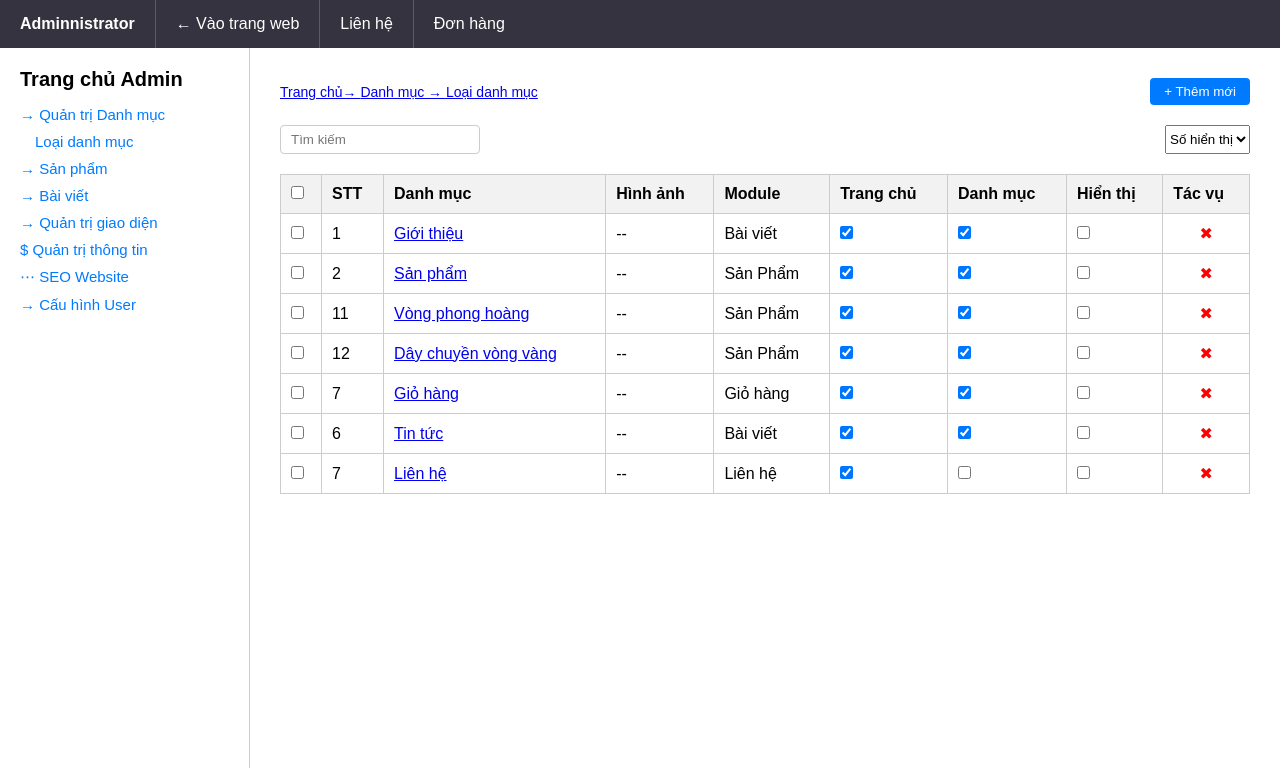
Repository: TranTanDat0606/Du-An-1
Page: Admin]/admin.html
These files come from the project's save history. The page is drawn as it stood at one moment and after the next save; the edit follows.
The browser window is 1280 px wide. The pictures show the whole page.

Above is the page before, as saved 2025-07-31 08:43:28.

After the next save:
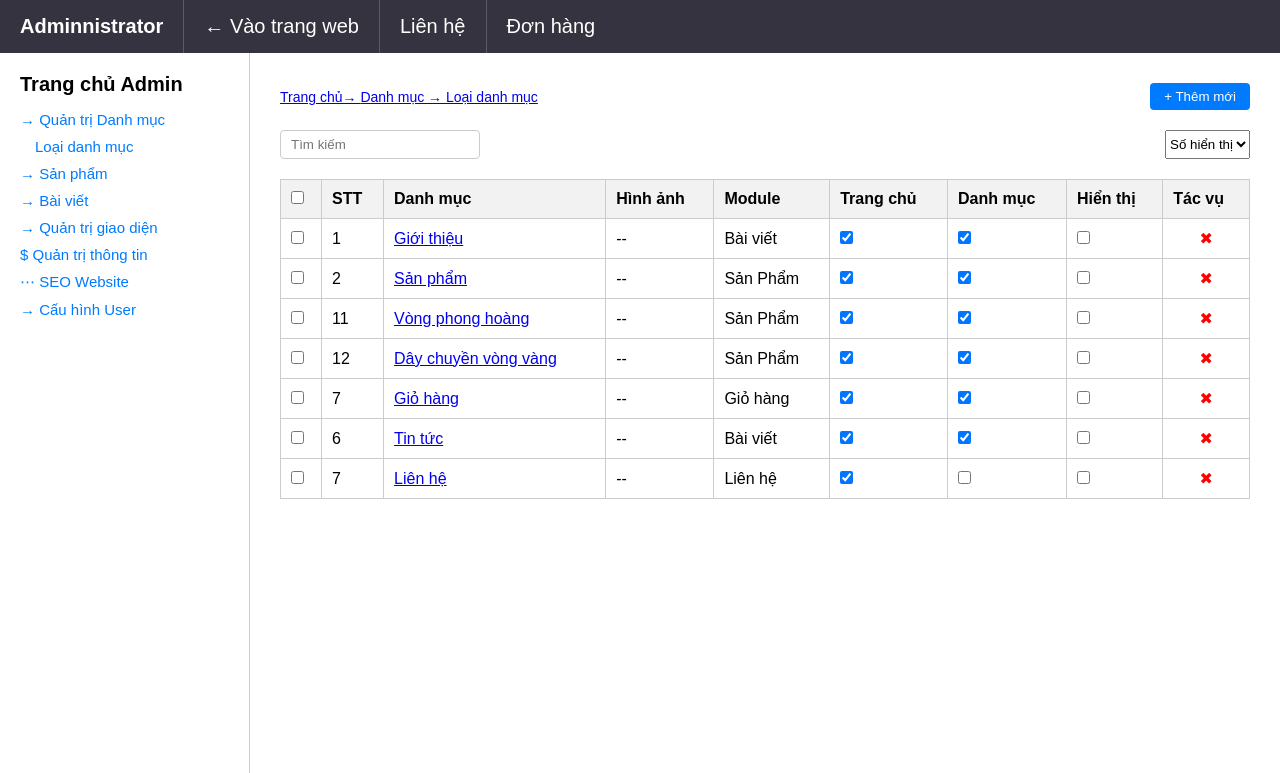
Saved 6 s later.
--- a/Admin]/admin.css
+++ b/Admin]/admin.css
@@ -11,7 +11,7 @@
     background-color: #35333f;
     /* Màu nền đậm */
     color: #fff;
-    font-size: 20   px;
+    font-size: 20px;
     font-family: sans-serif;
     font-weight: 400;
 }
